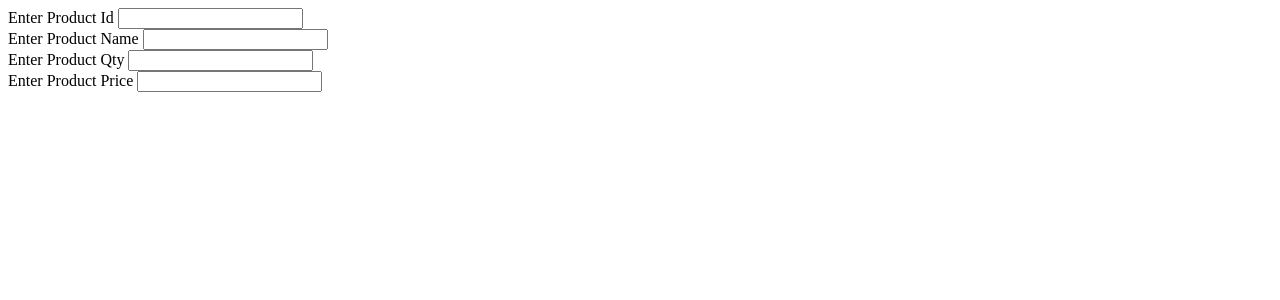
Repository: rukmini10/DXC
Page: DXC_WEB_PROJECT/RESTFulProductWebService/src/main/webapp/index.html
An editor plug-in stored every save of this project. The page is shown before and after the next save, followed by the edit.
The browser window is 1280 px wide. The pictures show the whole page.

Above is the page before, as saved 2022-05-01 10:00:59.

After the next save:
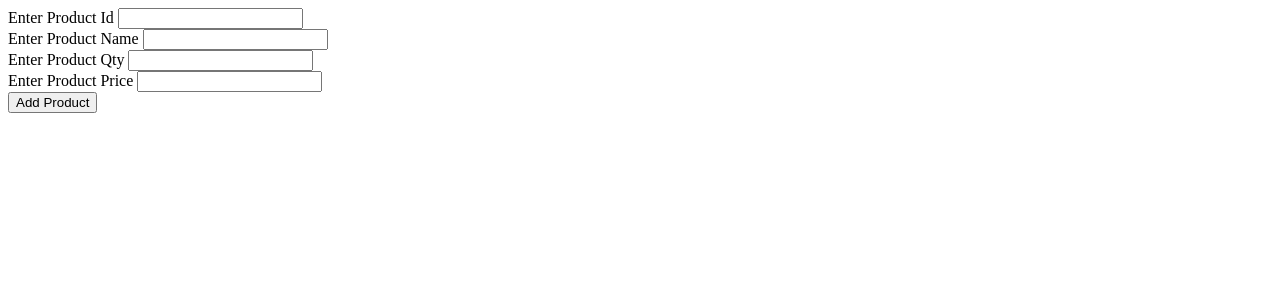
Saved 2 min 3 s later.
--- a/DXC_WEB_PROJECT/RESTFulProductWebService/src/main/webapp/index.html
+++ b/DXC_WEB_PROJECT/RESTFulProductWebService/src/main/webapp/index.html
@@ -10,7 +10,7 @@
 <label>Enter Product Name</label> <input type="text" name="productName"/><br>
 <label>Enter Product Qty</label> <input type="number" name="productQty"/><br>
 <label>Enter Product Price</label> <input type="number" name="productPrice"/><br>
-
+<input type="submit" value="Add Product">
 </form>
 </body>
 </html>
